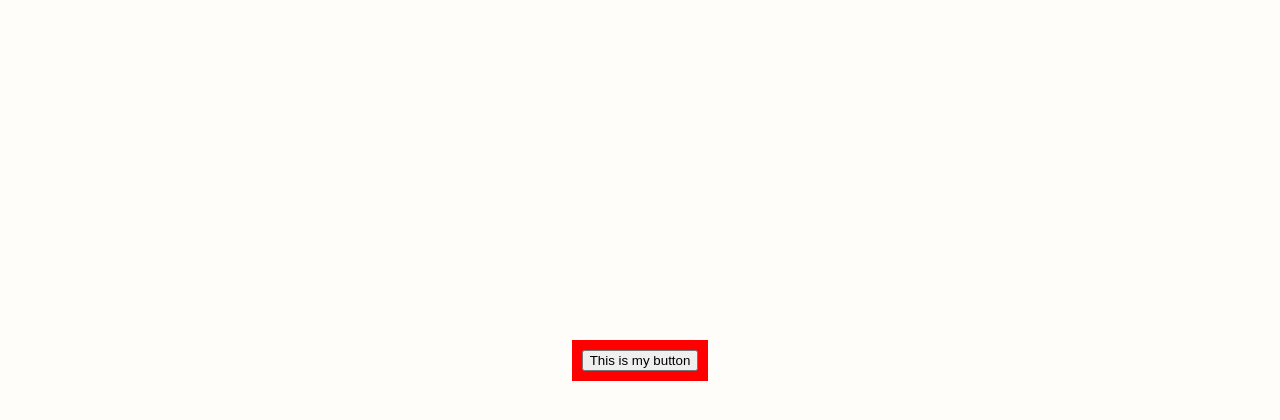
Repository: ZahirA1i/form-using-next
Page: /
These files come from the project's save history. The page is drawn as it stood at one moment and after the next save; the edit follows.
The browser window is 1280 px wide. The pictures show the whole page.
The project was rebuilt for these pictures with package versions that can differ from the ones it lists, and the page was loaded fresh each time. The framework's server and built-in components were replaced by stand-ins that run in the browser. Also part of the build but not shown: next.config.js, styles/Home.module.css.

Above is the page before, as saved 2022-09-14 13:23:06.

### pages/index.js
import Head from 'next/head'
import Image from 'next/image'
import styles from '../styles/Home.module.css'

import ButtonArea from '../Componets'
import { FlexCont, Wrapper } from '../styles/globals'

export default function Home() {
  return (
    <Wrapper>
      <FlexCont color="red">
      <ButtonArea name="Zahir"/>
      </FlexCont>


    </Wrapper>
  )
}

### Componets/index.js
import React from "React";

function ButtonArea() {
    return <button>This is my button</button>
}

export default ButtonArea;

### styles/globals.js
import styled from 'styled-components';

export const FlexCont = styled.div`
display:flex;
justify-content: center;
align-items: center;
background-color:${props => props.color || "inherit"};
padding: 10px;
height 10px;


`

export const Wrapper = styled(FlexCont)`
width: 100w;
height: 100vh;
background: #FFFDFA;

`

Loaded but not shown: pages/_app.js (common file); styles/globals.css (common file)

After the next save:
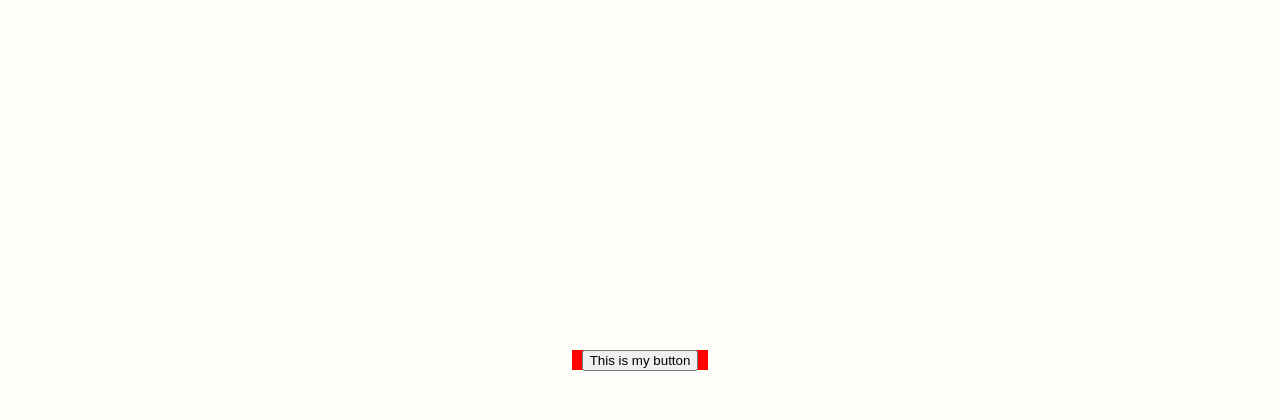
Saved 35 s later.
--- a/styles/globals.js
+++ b/styles/globals.js
@@ -6,7 +6,7 @@
 align-items: center;
 background-color:${props => props.color || "inherit"};
 padding: 10px;
-height 10px;
+height: 10px;
 
 
 `

After the save that followed:
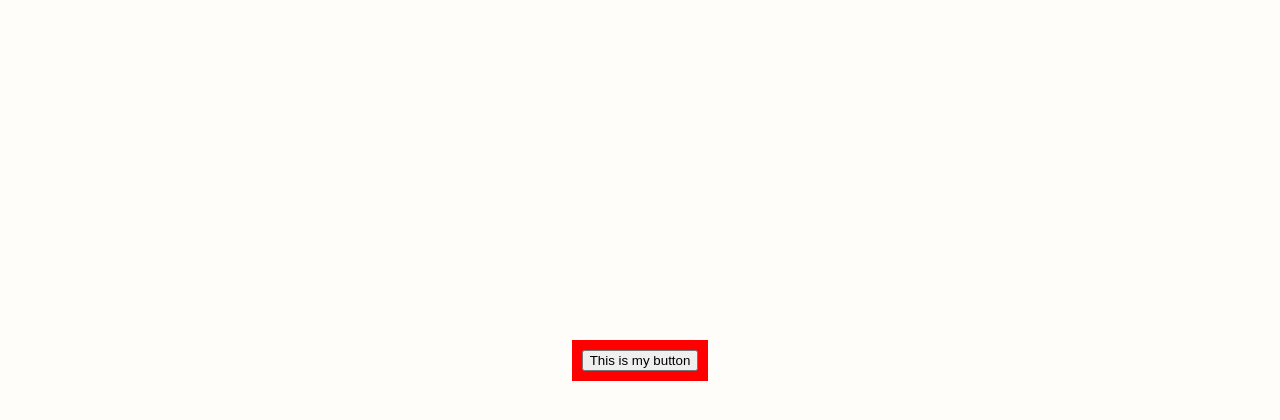
Saved 90 s later.
--- a/styles/globals.js
+++ b/styles/globals.js
@@ -6,7 +6,7 @@
 align-items: center;
 background-color:${props => props.color || "inherit"};
 padding: 10px;
-height: 10px;
+height: 10px:
 
 
 `
